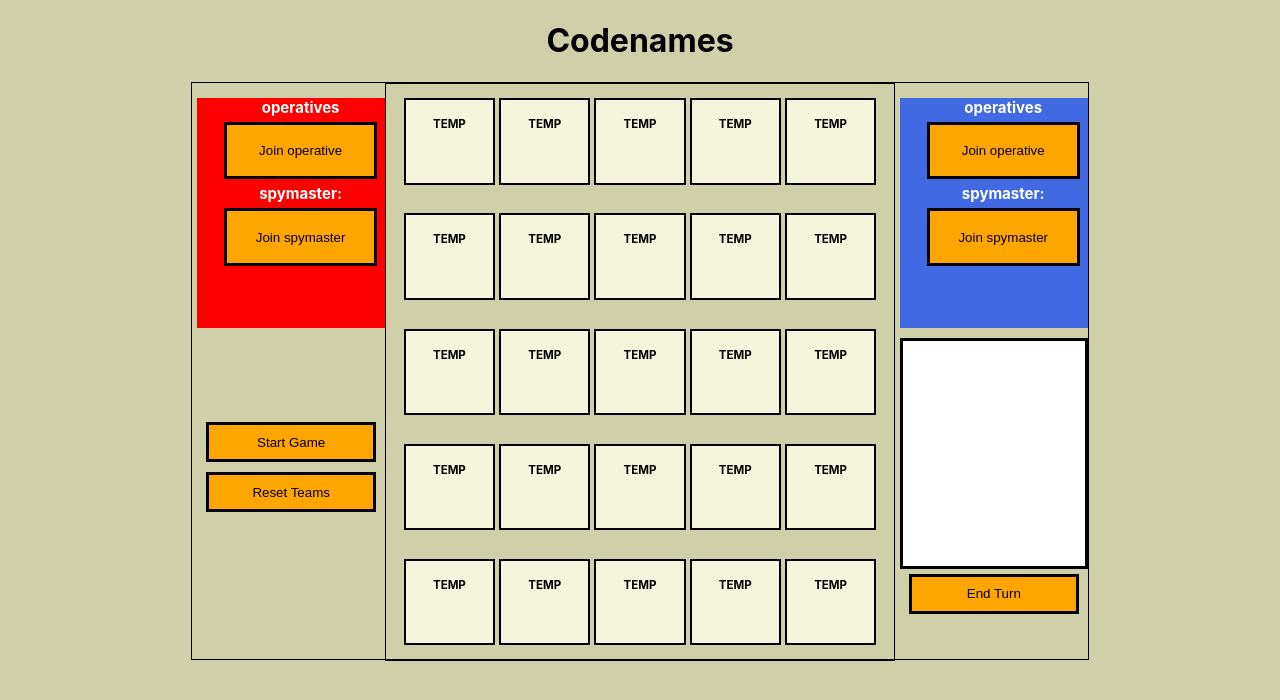
Repository: alcarrizo/Codenames-Fullstack
Page: / (app in client/)
These files come from the project's save history. The page is drawn as it stood at one moment and after the next save; the edit follows.
The browser window is 1280 px wide. The pictures show the whole page.
The project was rebuilt for these pictures with package versions that can differ from the ones it lists, and the page was loaded fresh each time. Imported but missing from the stored project, and not drawn on this page: client/src/reportWebVitals.

Above is the page before, as saved 2023-01-09 20:33:45.

After the next save:
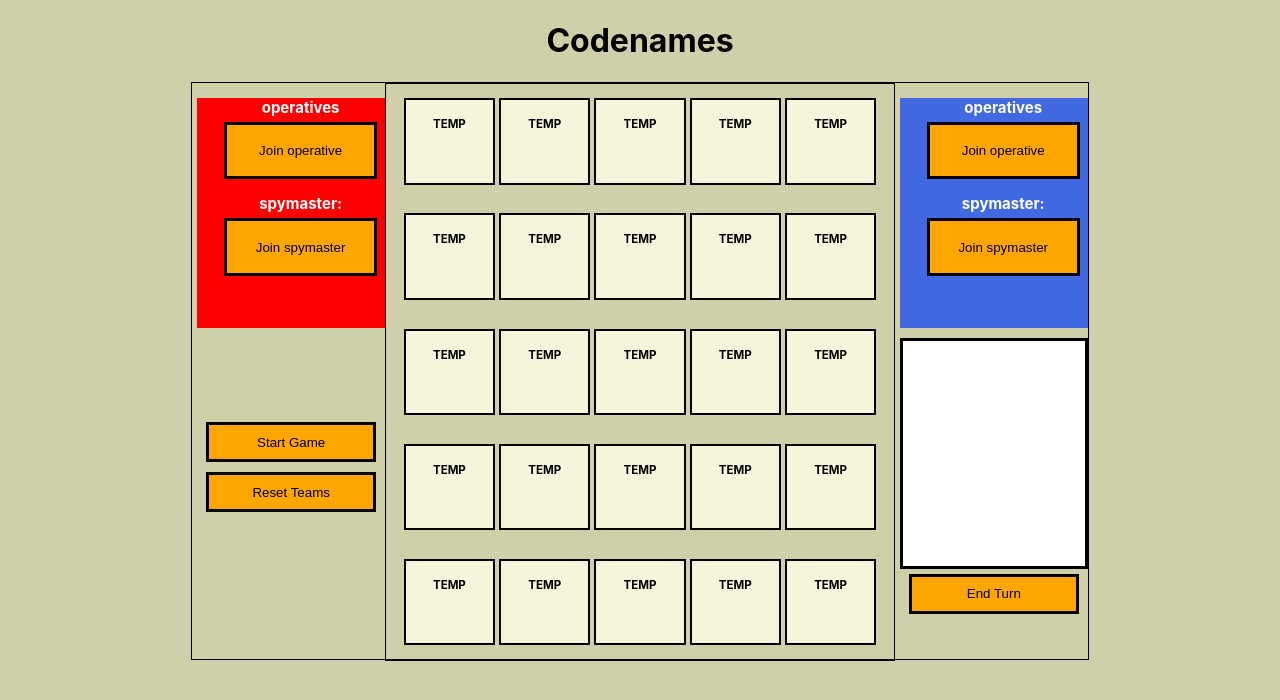
Saved 12 s later.
--- a/client/src/css/styles.css
+++ b/client/src/css/styles.css
@@ -133,7 +133,7 @@ body.blue {
     display: block;
     width: 90%;
     height: 25%;
-    margin: -10px auto -10px;
+    margin: -10px auto 0;
     background-color: orange;
     border: black solid 3px;
 }
